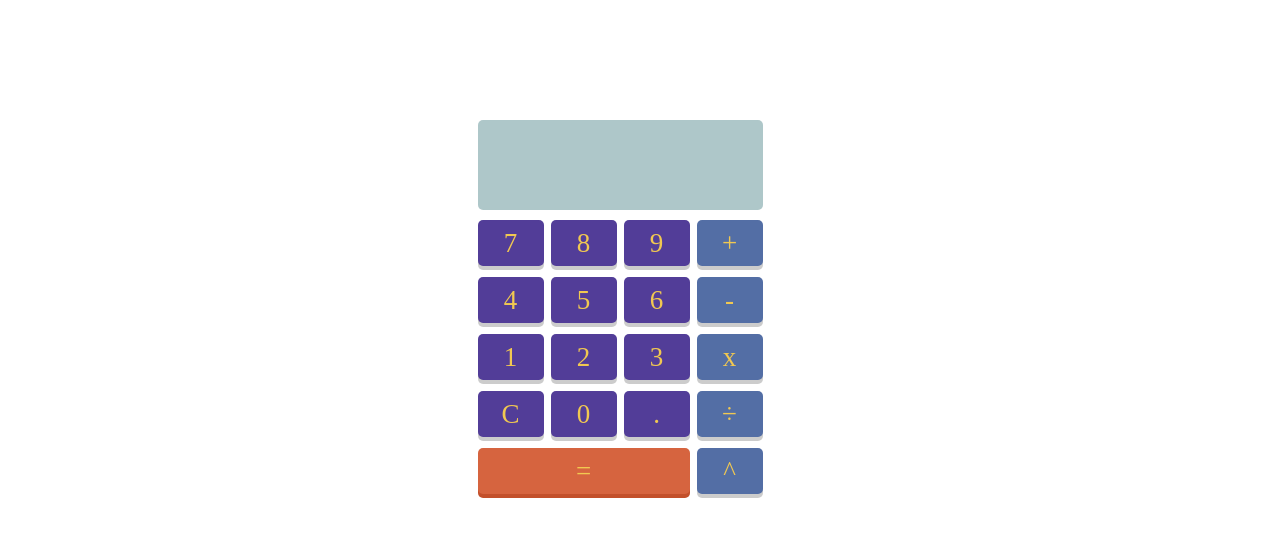
Repository: arjay07/AlineNotebook
Page: app/views/calculator.html
The author's editor kept a record of every edit. The page is drawn from the files as they stood at one moment, then again after the next edit.
The browser window is 1280 px wide. The pictures show the whole page.

Above is the page before.

After the next edit:
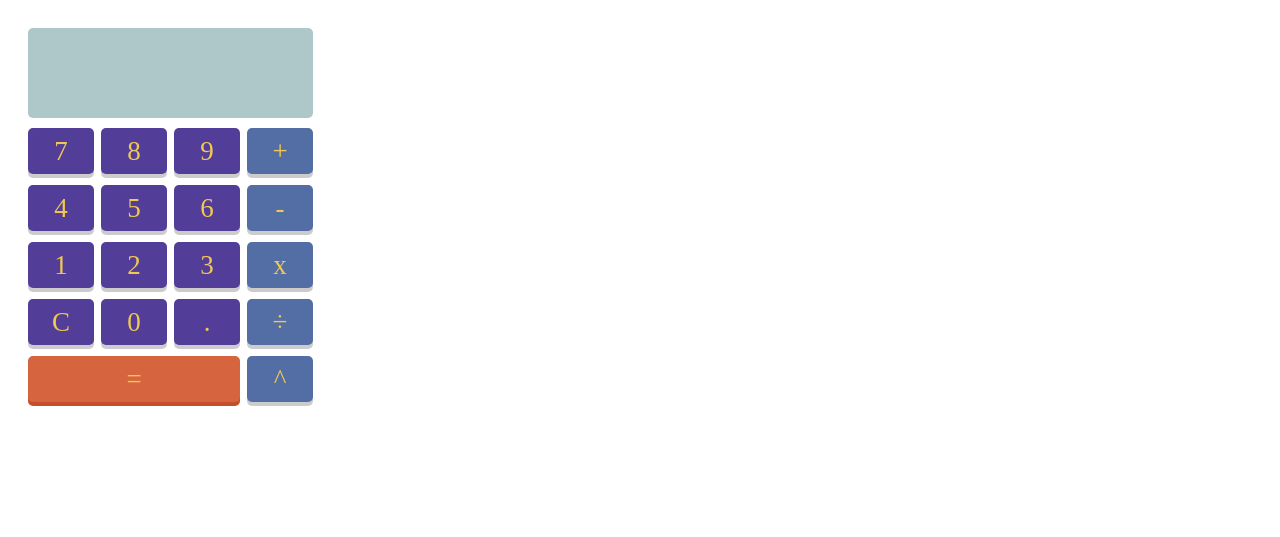
The edit:
--- a/app/views/calculator.html
+++ b/app/views/calculator.html
@@ -5,7 +5,6 @@
 #calculator {
 	width: 325px;
 	height: auto;
-	margin: 100px auto;
 	padding: 20px 20px 9px;
 	/* background: #none; */
 	/* background: linear-gradient(#c9dd84, #9fcb96); */
